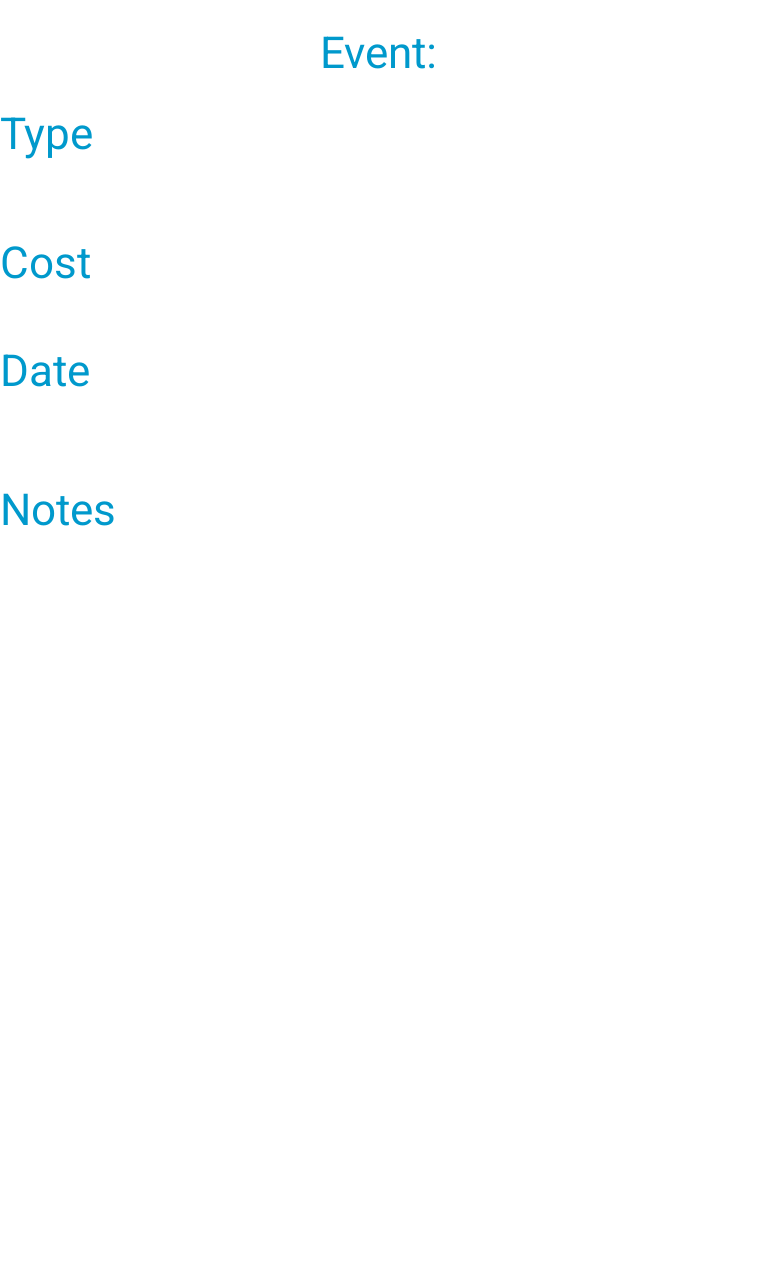
Repository: jpdias/timeinmoney
Layout: TimeInMoney/res/layout/activity_single.xml
These files come from the project's save history. The layout is drawn as it stood at one moment and after the next save; the edit follows.
It is drawn on a 768 x 1280 px phone screen (xhdpi) without system bars, with theme AppTheme; the app's code is not run.

Above is the layout before, as saved 2013-06-23 13:43:51.

After the next save:
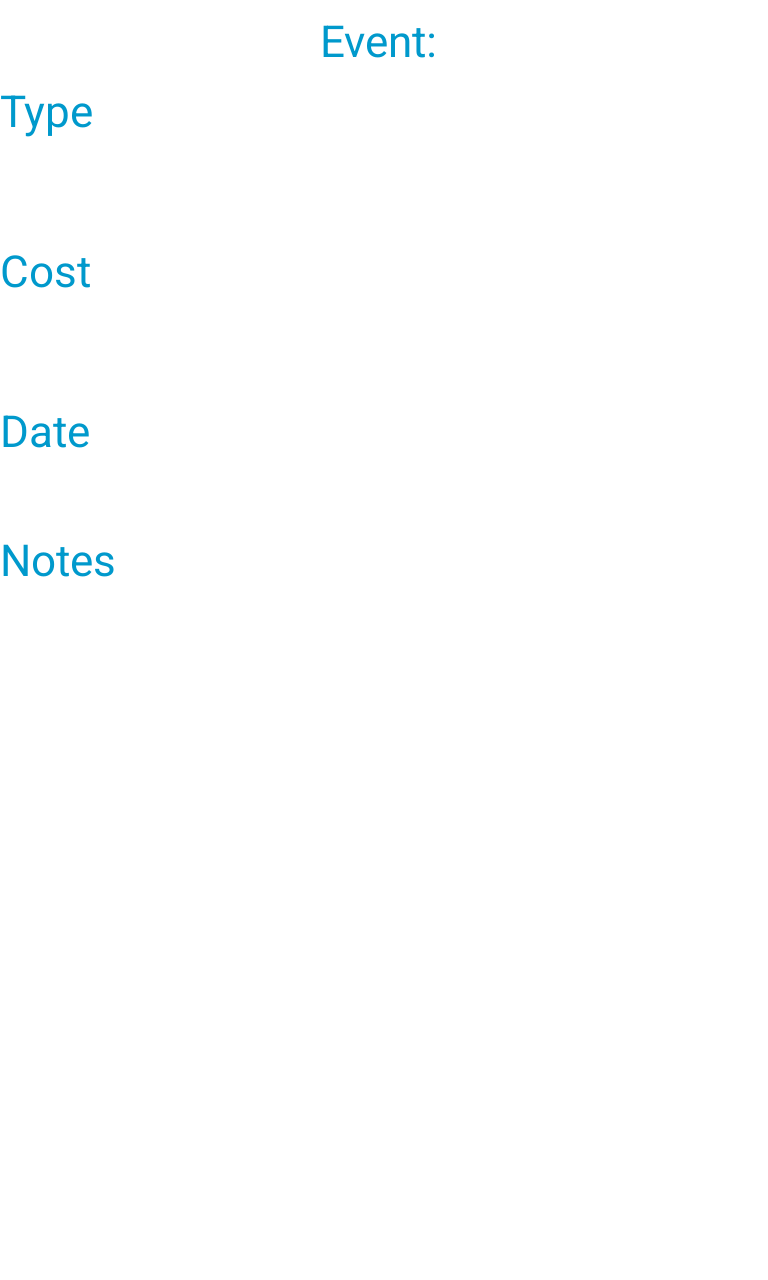
Saved 4 min 31 s later.
--- a/TimeInMoney/res/layout/activity_single.xml
+++ b/TimeInMoney/res/layout/activity_single.xml
@@ -10,8 +10,8 @@
 
     <TextView
         android:id="@+id/Name_Label"
-        android:layout_width="match_parent"
-        android:layout_height="51dp"
+      android:layout_width="match_parent"
+        android:layout_height="40dp"
         android:gravity="center_vertical|center_horizontal"
         android:text="Event: "
         android:textAppearance="?android:attr/textAppearanceLarge"
@@ -19,38 +19,38 @@
 
     <TextView
         android:id="@+id/Type_label"
-        android:layout_width="match_parent"
-        android:layout_height="wrap_content"
+         android:layout_width="match_parent"
+        android:layout_height="40dp"
         android:text="Type"
         android:textAppearance="?android:attr/textAppearanceLarge"
         android:textColor="#0099CC" />
 
-     <TextView
-         android:id="@+id/Type_Label"
+    <TextView
+        android:id="@+id/Type_Label"
          android:layout_width="match_parent"
-         android:layout_height="35dp"
-         android:textAppearance="?android:attr/textAppearanceMedium"
-         android:textColor="#0099CC" />
+        android:layout_height="40dp"
+        android:textAppearance="?android:attr/textAppearanceMedium"
+        android:textColor="#0099CC" />
 
     <TextView
         android:id="@+id/Cost_Field"
-        android:layout_width="wrap_content"
-        android:layout_height="wrap_content"
+        android:layout_width="match_parent"
+        android:layout_height="40dp"
         android:text="Cost"
         android:textAppearance="?android:attr/textAppearanceLarge"
         android:textColor="#0099CC" />
 
     <TextView
         android:id="@+id/Cost_Label"
-        android:layout_width="wrap_content"
-        android:layout_height="wrap_content"
+        android:layout_width="match_parent"
+        android:layout_height="40dp"
         android:textAppearance="?android:attr/textAppearanceMedium"
         android:textColor="#0099CC" />
 
     <TextView
         android:id="@+id/DateLabel"
-        android:layout_width="match_parent"
-        android:layout_height="45dp"
+       android:layout_width="match_parent"
+        android:layout_height="40dp"
         android:text="Date"
         android:textAppearance="?android:attr/textAppearanceLarge"
         android:textColor="#0099CC" />
@@ -63,8 +63,8 @@
 
     <TextView
         android:id="@+id/Notes_Label"
-        android:layout_width="match_parent"
-        android:layout_height="45dp"
+       android:layout_width="match_parent"
+        android:layout_height="40dp"
         android:text="Notes"
         android:textAppearance="?android:attr/textAppearanceLarge"
         android:textColor="#0099CC" />
@@ -72,9 +72,10 @@
     <TextView
         android:id="@+id/Notes_Field"
         android:layout_width="match_parent"
-        android:layout_height="wrap_content"
-       android:textAppearance="?android:attr/textAppearanceMedium"
-       android:textColor="#0099CC" />
+        android:layout_height="108dp"
+        android:textAppearance="?android:attr/textAppearanceMedium"
+        android:textColor="#0099CC" />
+
       />
 
 
